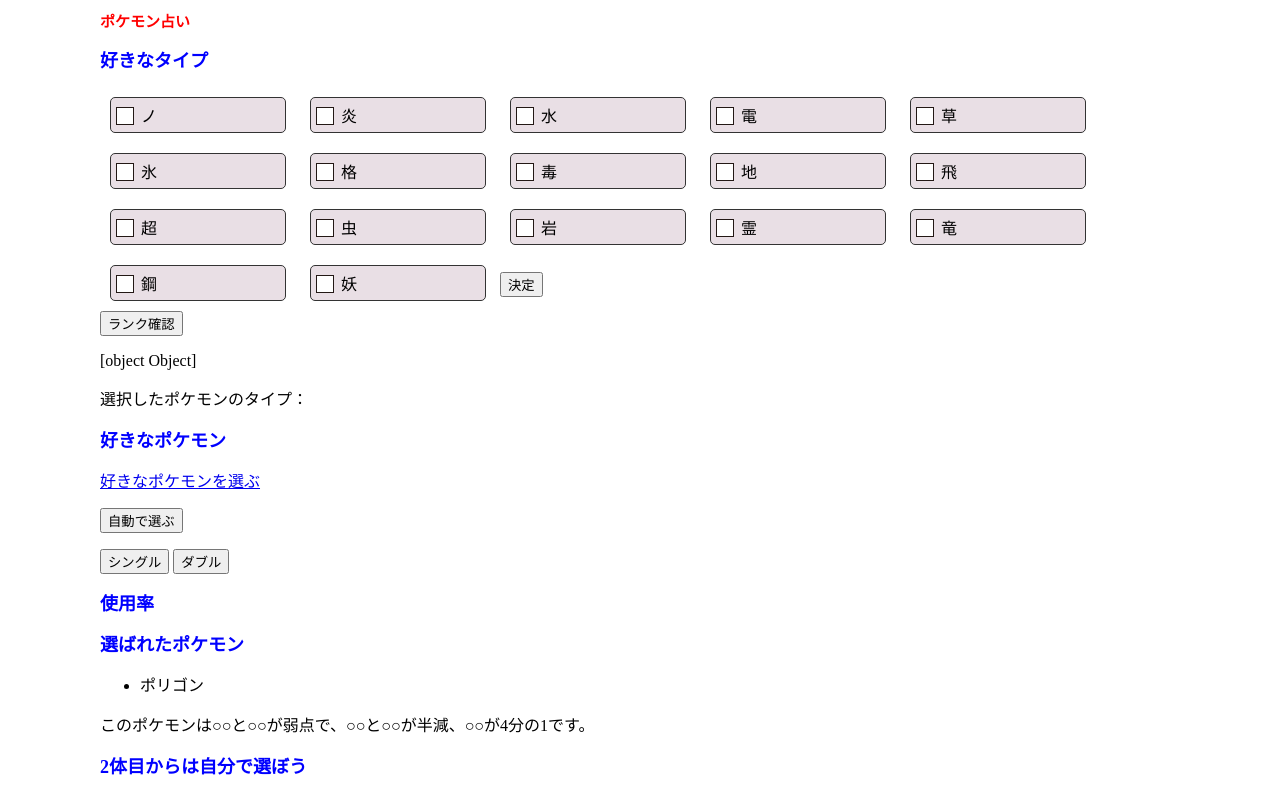
Repository: KustomApe/ksie
Page: index.html
An editor plug-in stored every save of this project. The page is shown before and after a run of saves, followed by the edit.
The browser window is 1280 px wide. The pictures show the whole page.
After loading, the first visible `input[onclick="pokemonLists()"]` was clicked once.

Above is the page before, as saved 2021-01-22 17:31:22.

After the next 2 saves:
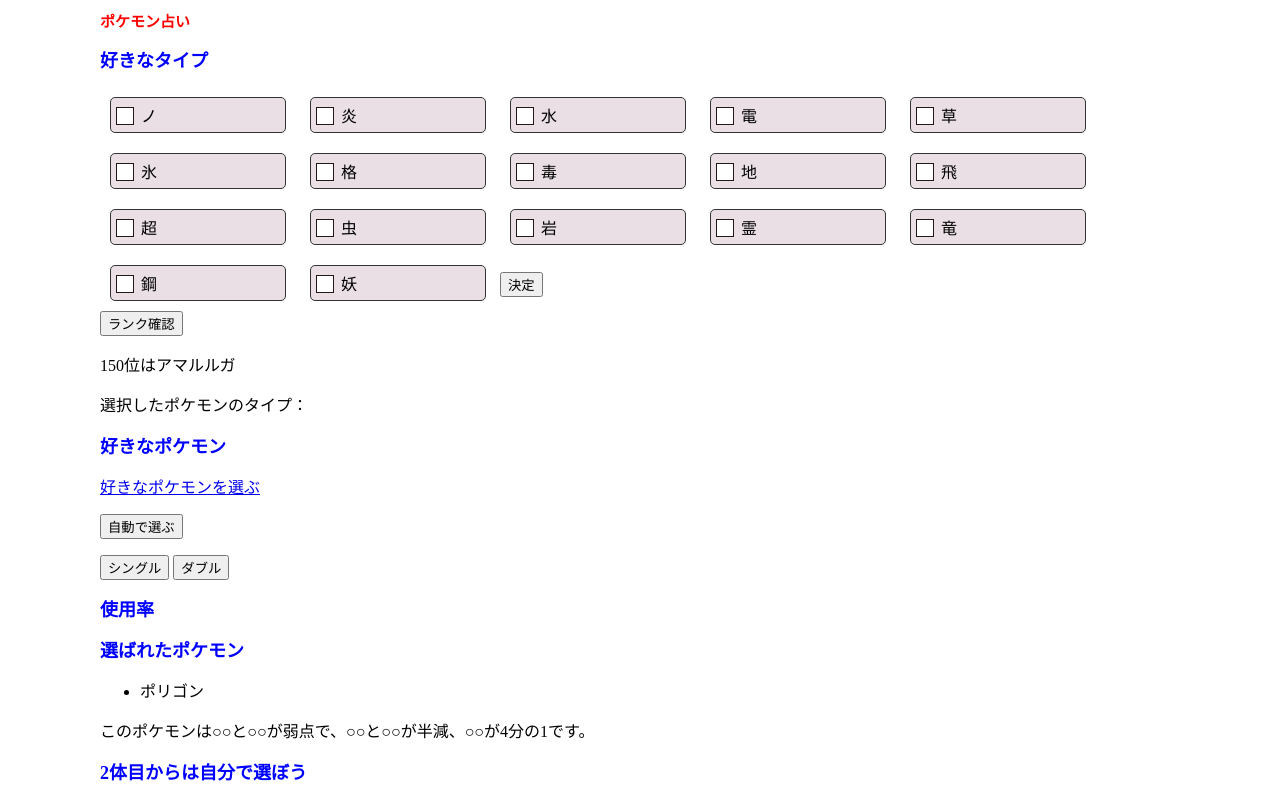
The 2 saves are shown as one change because they came seconds apart.
The last was saved 37 s later.
--- a/assets/js/uranai.js
+++ b/assets/js/uranai.js
@@ -209,7 +209,7 @@
     const pokemonRank = [];
     para = document.getElementById('pokemon_rank');
     for (let key in pokemons) {
-        para.innerHTML = pokemons;
+        para.innerHTML = key + '位は' + pokemons[key];
         console.log(key + '位は' + pokemons[key]);
     };
     // para = document.getElementById('pokemon_rank');
